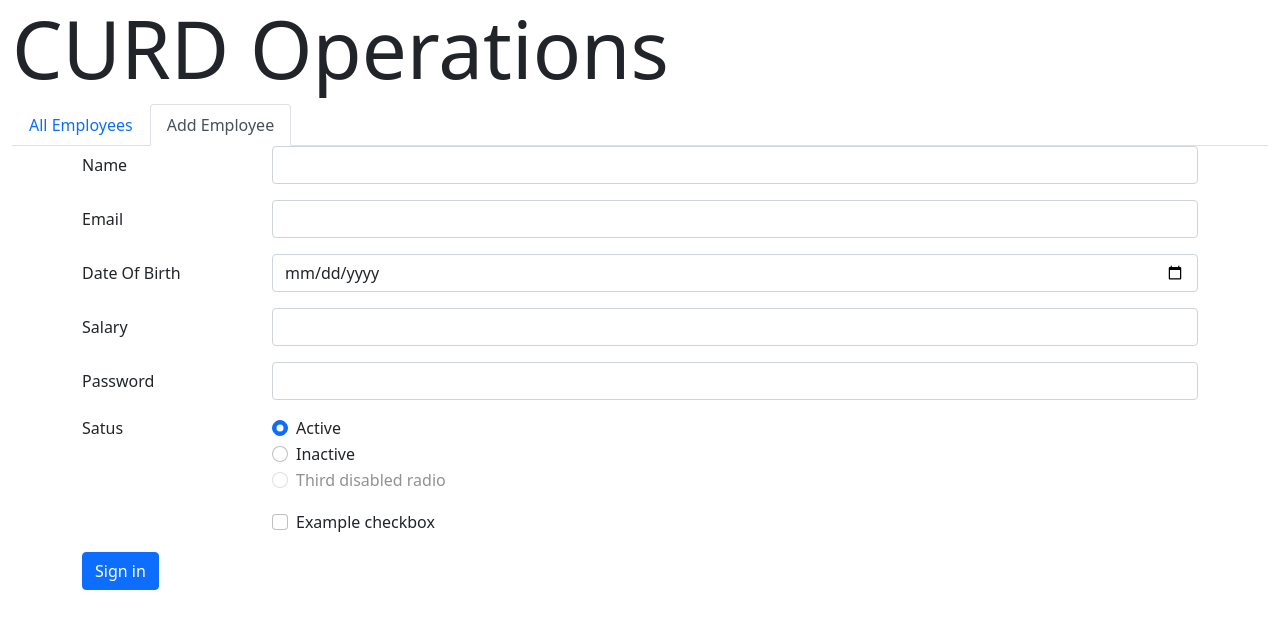
Repository: code8sam/SpringAndSpringBoot
Page: http://localhost/curdoperationsusingmvc/WEB-INF/views/insertEmployeeForm.jsp
An editor plug-in stored every save of this project. The page is shown before and after the next save, followed by the edit.
The browser window is 1280 px wide. The pictures show the whole page.
The page is served by Tomcat 9. Nobody is signed in. The template is opened directly, without the code that normally fills it, so the values that code supplies are empty.

Above is the page before, as saved 2022-04-08 12:00:07.

After the next save:
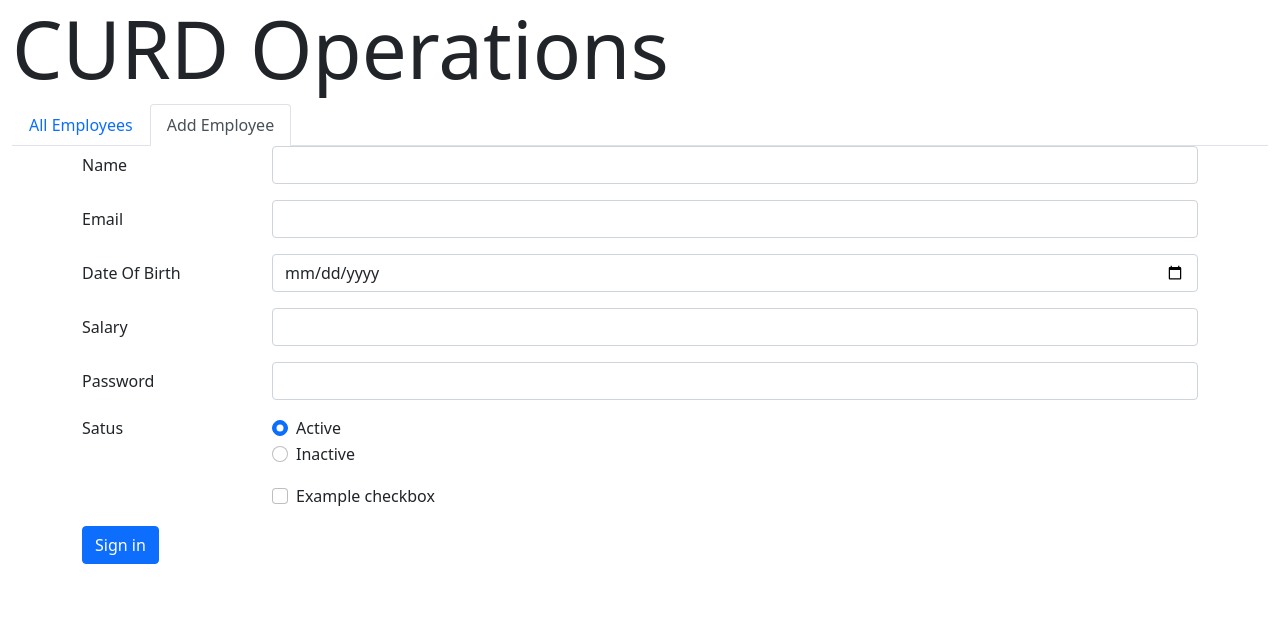
Saved 13 s later.
--- a/springs/HESE7/curdoperationsusingmvc/src/main/webapp/WEB-INF/views/insertEmployeeForm.jsp
+++ b/springs/HESE7/curdoperationsusingmvc/src/main/webapp/WEB-INF/views/insertEmployeeForm.jsp
@@ -73,12 +73,6 @@
 		          Inactive
 		        </label>
 		      </div>
-		      <div class="form-check disabled">
-		        <input class="form-check-input" type="radio" name="gridRadios" id="gridRadios3" value="option3" disabled>
-		        <label class="form-check-label" for="gridRadios3">
-		          Third disabled radio
-		        </label>
-		      </div>
 		    </div>
 		  </fieldset>
 		  <div class="row mb-3">
